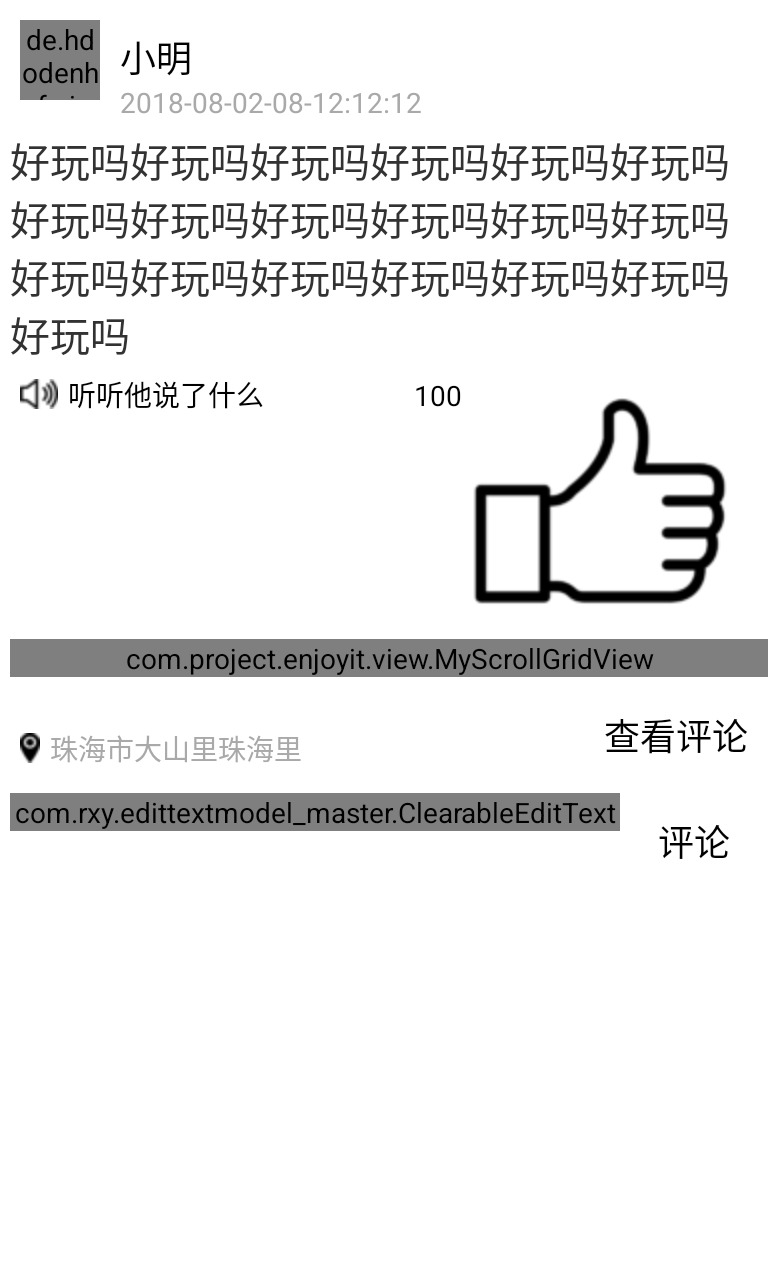
Repository: fatio/Nower
Layout: Android_Client_Source/EnjoyIt/res/layout/shows_list_item.xml
These files come from the project's save history. The layout is drawn as it stood at one moment and after the next save; the edit follows.
Pictures or frames that could not be fetched are drawn as grey boxes. It is drawn on a 768 x 1280 px phone screen (xhdpi) without system bars, with theme AppTheme; the app's code is not run.

Above is the layout before, as saved 2015-12-27 06:53:58.

### Android_Client_Source/EnjoyIt/res/layout/shows_list_item.xml
<?xml version="1.0" encoding="utf-8"?>
<LinearLayout xmlns:android="http://schemas.android.com/apk/res/android"
    xmlns:tools="http://schemas.android.com/tools"
    xmlns:app="http://schemas.android.com/apk/res-auto"
    android:layout_width="match_parent"
    android:layout_height="match_parent"
    android:orientation="vertical" >

    <LinearLayout
        android:layout_width="match_parent"
        android:layout_height="wrap_content"
        android:orientation="horizontal" >

        <de.hdodenhof.circleimageview.CircleImageView
            android:id="@+id/civ_head_pic"
            android:layout_width="40dp"
            android:layout_height="40dp"
            android:layout_marginLeft="10dp"
            android:layout_marginTop="10dp"
            android:src="@drawable/head_cat"
            app:border_color="#FFEEEEEE"
            app:border_width="2dp" />

        <LinearLayout
            android:layout_width="wrap_content"
            android:layout_height="wrap_content"
            android:layout_marginLeft="10dp"
            android:layout_marginTop="15dp"
            android:orientation="vertical" >

            <TextView
                android:id="@+id/tv_username"
                android:layout_width="wrap_content"
                android:layout_height="wrap_content"
                android:text="小明"
                android:textColor="@drawable/white_show"
                android:textSize="18sp" />

            <TextView
                android:id="@+id/tv_time"
                android:layout_width="wrap_content"
                android:layout_height="wrap_content"
                android:text="2018-08-02-08-12:12:12"
                android:textColor="#a9a9a9" />
        </LinearLayout>
    </LinearLayout>

    <LinearLayout
        android:layout_width="match_parent"
        android:layout_height="wrap_content"
        android:layout_marginLeft="5dp"
        android:layout_marginRight="5dp"
        android:layout_marginTop="5dp"
        android:orientation="vertical" >

        <TextView
            android:id="@+id/tv_content"
            android:layout_width="match_parent"
            android:layout_height="wrap_content"
            android:autoLink="all"
            android:gravity="center|left"
            android:text="好玩吗好玩吗好玩吗好玩吗好玩吗好玩吗好玩吗好玩吗好玩吗好玩吗好玩吗好玩吗好玩吗好玩吗好玩吗好玩吗好玩吗好玩吗好玩吗"
            android:textSize="20sp" />
    </LinearLayout>

    <LinearLayout
        android:layout_width="match_parent"
        android:layout_height="wrap_content"
        android:layout_marginTop="5dp"
        android:orientation="horizontal" >

        <TextView
            android:id="@+id/tv_sound"
            android:layout_width="0dp"
            android:layout_height="wrap_content"
            android:layout_marginLeft="10dp"
            android:layout_weight="1"
            android:drawableLeft="@drawable/ic_sound"
            android:drawablePadding="5dp"
            android:singleLine="true"
            android:text="听听他说了什么"
            android:textColor="@drawable/white_show" />

        <TextView
            android:id="@+id/tv_likes_num"
            android:layout_width="wrap_content"
            android:layout_height="wrap_content"
            android:gravity="center"
            android:text="100"
            android:textColor="@drawable/white_show" />

        <ImageView
            android:id="@+id/iv_like"
            android:layout_width="wrap_content"
            android:layout_height="wrap_content"
            android:layout_marginLeft="5dp"
            android:layout_marginRight="20dp"
            android:src="@drawable/ic_like" />
    </LinearLayout>

   <com.project.enjoyit.view.MyScrollGridView
        android:id="@+id/gv_images"
        android:layout_width="fill_parent"
        android:layout_height="wrap_content"
        android:layout_marginLeft="5dp"
        android:layout_marginTop="5dp"
        android:horizontalSpacing="3dp"
        android:numColumns="4"
        android:scrollbars="none"
        android:verticalSpacing="5dp" />


    <LinearLayout
        android:layout_width="match_parent"
        android:layout_height="wrap_content"
        android:layout_marginTop="5dp"
        android:orientation="horizontal" >

        <TextView
            android:id="@+id/tv_address"
            android:layout_width="0dp"
            android:layout_height="wrap_content"
            android:layout_marginLeft="10dp"
            android:layout_marginTop="5dp"
            android:layout_weight="1"
            android:drawableLeft="@drawable/ic_address"
            android:drawablePadding="5dp"
            android:ellipsize="marquee"
            android:singleLine="true"
            android:text="珠海市大山里珠海里"
            android:textColor="#a9a9a9"
            android:textIsSelectable="true" />

        <Button
            android:id="@+id/bt_show_comments"
            android:layout_width="wrap_content"
            android:layout_height="wrap_content"
            android:layout_marginRight="10dp"
            android:background="@null"
            android:text="查看评论"
            android:textColor="@drawable/white_show" />
    </LinearLayout>

    <LinearLayout
        android:id="@+id/ll_comments_container"
        android:layout_width="match_parent"
        android:layout_height="wrap_content"
        android:orientation="vertical"
        android:visibility="gone">

       <com.project.enjoyit.view.MyScrollListView
            android:id="@+id/lv_comments"
            android:layout_width="match_parent"
            android:layout_height="wrap_content"
            android:visibility="gone" />
       <Button
            android:id="@+id/bt_hide_comments"
            android:layout_width="wrap_content"
            android:layout_height="wrap_content"
            android:layout_marginRight="10dp"
            android:background="@null"
            android:text="隐藏评论"
            android:layout_gravity="right"
            android:textColor="@drawable/white_show" />

    </LinearLayout>

    <LinearLayout
        android:layout_width="match_parent"
        android:layout_height="wrap_content"
        android:layout_marginLeft="5dp"
        android:layout_marginRight="5dp"
        android:layout_marginTop="5dp"
        android:orientation="horizontal" >

        <com.rxy.edittextmodel_master.ClearableEditText
            android:id="@+id/cet_comment_text"
            android:layout_width="0dp"
            android:layout_height="wrap_content"
            android:layout_weight="1"
            android:hint="我也说一句" />

        <Button
            android:id="@+id/bt_comment"
            android:layout_width="wrap_content"
            android:layout_height="wrap_content"
            android:layout_marginLeft="5dp"
            android:background="@null"
            android:text="评论"
            android:textColor="@drawable/white_show" />
    </LinearLayout>

</LinearLayout>

### Android_Client_Source/EnjoyIt/res/values/styles.xml
<resources>
    <style name="like_toast_dialog_style">
        <item name="android:windowFrame">@null</item>
        <item name="android:windowIsFloating">true</item>
        <item name="android:windowIsTranslucent">true</item>
        <item name="android:windowNoTitle">true</item>
        <item name="android:backgroundDimEnabled">false</item>
        <item name="android:windowContentOverlay">@null</item>
        <item name="android:windowBackground">@drawable/round_background</item>
    </style>
    <style name="AnimBottom" parent="@android:style/Animation">
        <item name="android:windowEnterAnimation">@anim/push_bottom_in</item>
        <item name="android:windowExitAnimation">@anim/push_bottom_out</item>
    </style>

    <style name="PopupAnimation3" parent="android:Animation">
        <item name="android:windowEnterAnimation">@anim/push_bottom_in</item>
        <item name="android:windowExitAnimation">@anim/push_bottom_out</item>
    </style>

    <style name="PopupAnimation" mce_bogus="1" parent="android:Animation">
        <item name="android:windowEnterAnimation">@anim/activity_translate_in</item>
        <item name="android:windowExitAnimation">@anim/activity_translate_out</item>
    </style>

    <style name="PopupAnimation1" mce_bogus="1" parent="android:Animation">
        <item name="android:windowEnterAnimation">@anim/popup_enter</item>
        <item name="android:windowExitAnimation">@anim/popup_exit</item>
    </style>
    <!--
        Base application theme, dependent on API level. This theme is replaced
        by AppBaseTheme from res/values-vXX/styles.xml on newer devices.

    -->
    <style name="AppBaseTheme" parent="android:Theme.Light">
        <!--
            Theme customizations available in newer API levels can go in
            res/values-vXX/styles.xml, while customizations related to
            backward-compatibility can go here.

        -->
    </style>

    <!-- Application theme. -->
    <style name="AppTheme" parent="AppBaseTheme">
        <!-- All customizations that are NOT specific to a particular API-level can go here. -->
    </style>

</resources>

### Android_Client_Source/EnjoyIt/res/drawable/white_show.xml
<?xml version="1.0" encoding="utf-8"?>
<selector xmlns:android="http://schemas.android.com/apk/res/android">

    <item android:state_pressed="true" android:color="#ffffff"/>
    <item android:state_focused="true" android:color="#ffffff"/>
    <item android:color="#000000"/>

</selector>

Loaded but not shown: Android_Client_Source/EnjoyIt/res/values-v11/styles.xml (common file); Android_Client_Source/EnjoyIt/res/values-v14/styles.xml (common file)

After the next save:
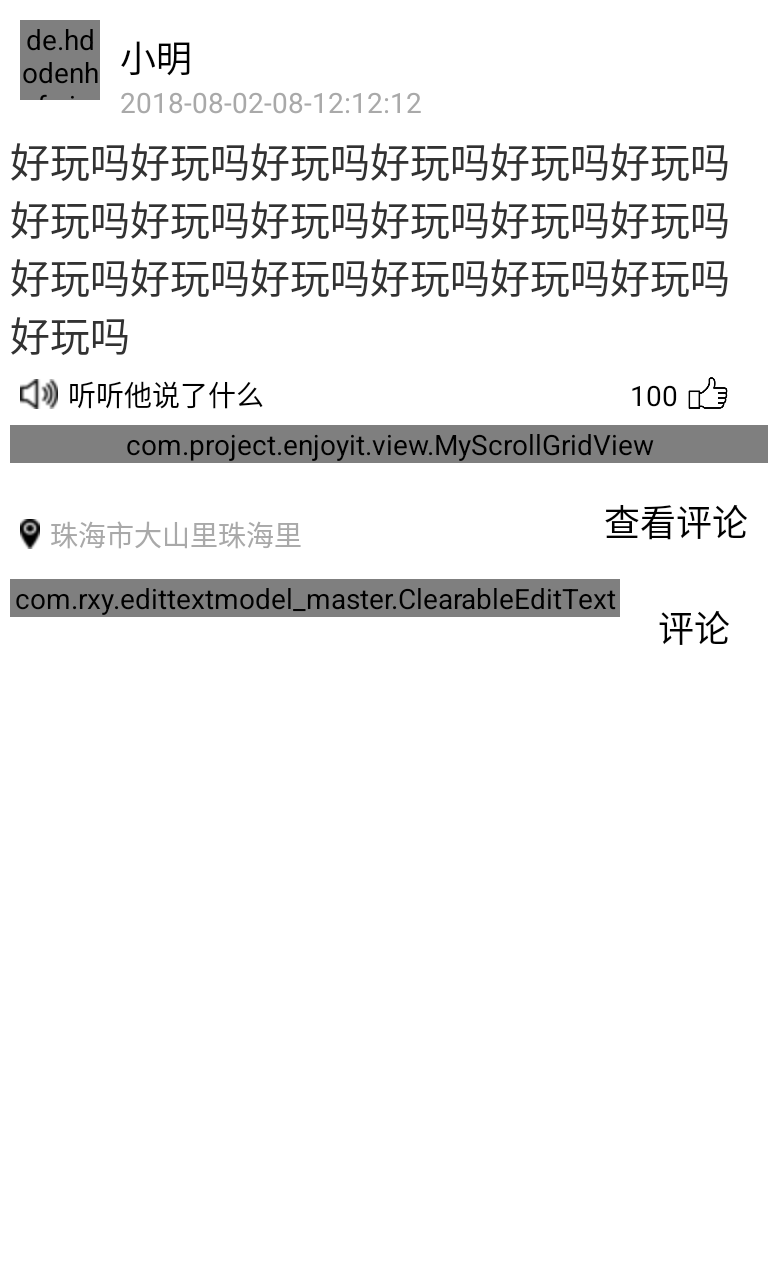
Saved 8 min 13 s later.
--- a/Android_Client_Source/EnjoyIt/res/layout/shows_list_item.xml
+++ b/Android_Client_Source/EnjoyIt/res/layout/shows_list_item.xml
@@ -91,8 +91,8 @@
 
         <ImageView
             android:id="@+id/iv_like"
-            android:layout_width="wrap_content"
-            android:layout_height="wrap_content"
+            android:layout_width="20dp"
+            android:layout_height="20dp"
             android:layout_marginLeft="5dp"
             android:layout_marginRight="20dp"
             android:src="@drawable/ic_like" />
